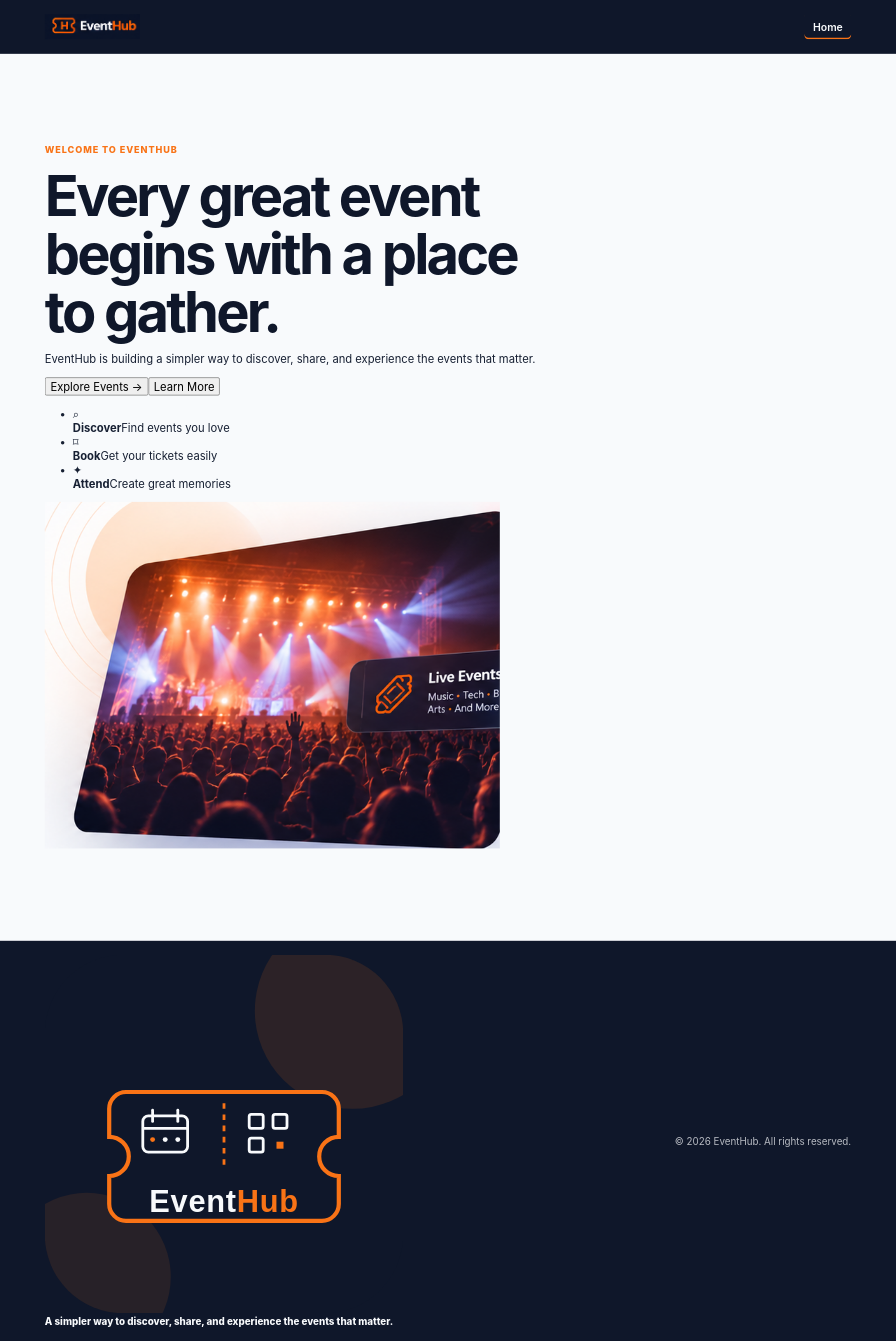
Repository: gemmy404/eventhub-ui
Page: /
These files come from the project's save history. The page is drawn as it stood at one moment and after the next save; the edit follows.
The browser window is 1280 px wide. The pictures show the whole page, at 70% of full size.
The project was rebuilt for these pictures with package versions that can differ from the ones it lists, and the page was loaded fresh each time. Also part of the build but not shown: vite.config.ts, src/pages/NotFoundPage.tsx.

Above is the page before, as saved 2026-08-11 23:32:35.

After the next save:
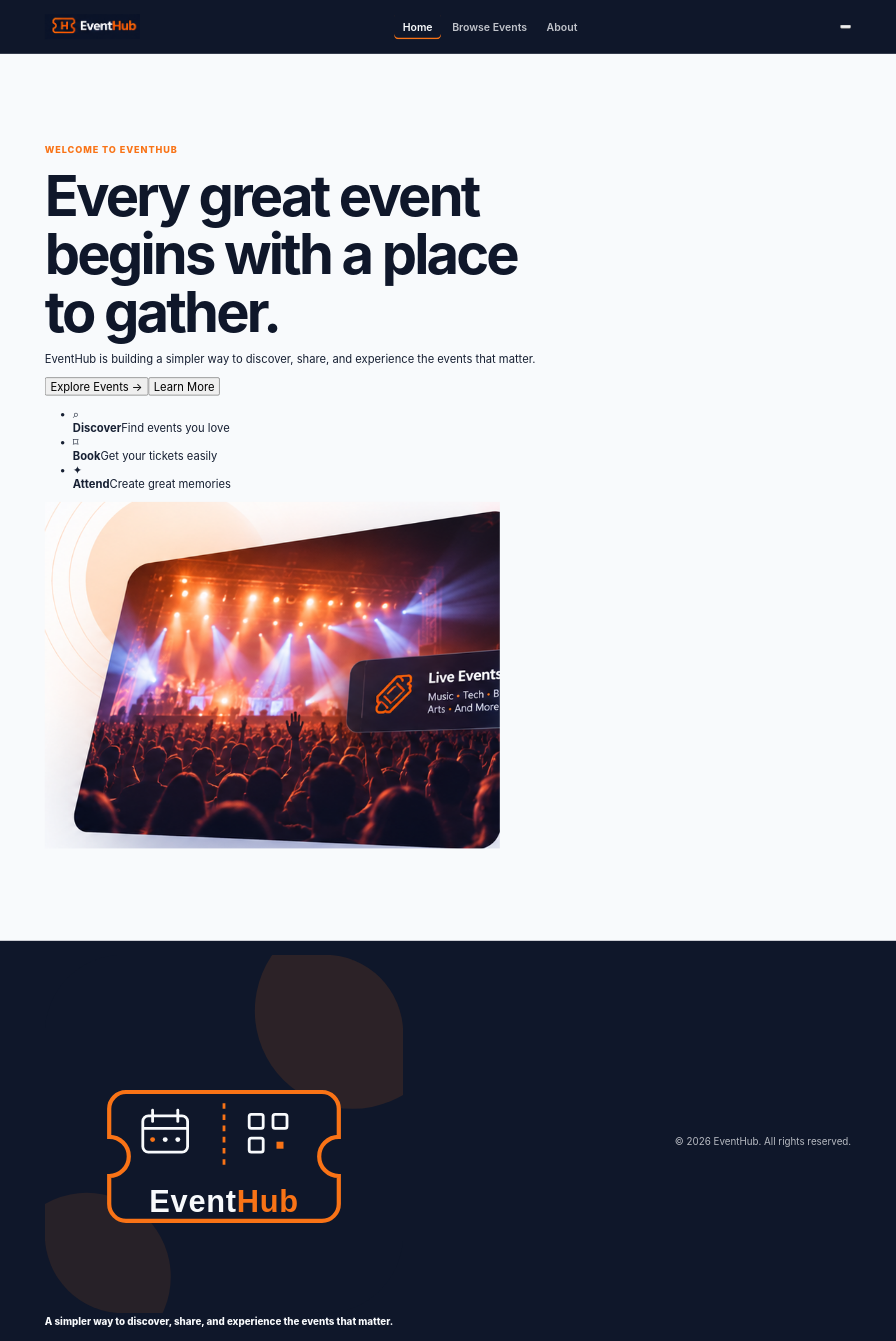
Saved 2 min 39 s later.
--- a/src/components/common/Navbar.tsx
+++ b/src/components/common/Navbar.tsx
@@ -1,8 +1,11 @@
-import { Link, NavLink } from 'react-router-dom'
+import { useState } from 'react'
+import { Link } from 'react-router-dom'
 
 import eventHubLogo from '../../assets/eventhub-logo.png'
 
 export function Navbar() {
+  const [isMenuOpen, setIsMenuOpen] = useState(false)
+
   return (
     <header className="site-header">
       <div className="site-header__inner container">
@@ -10,15 +13,34 @@ export function Navbar() {
           <img className="brand__logo" src={eventHubLogo} alt="EventHub" />
         </Link>
 
-        <nav className="primary-navigation" aria-label="Primary navigation">
-          <NavLink
-            className={({ isActive }) => `primary-navigation__link${isActive ? ' is-active' : ''}`}
-            to="/"
-            end
-          >
+        <nav
+          id="primary-navigation"
+          className={`primary-navigation${isMenuOpen ? ' is-open' : ''}`}
+          aria-label="Primary navigation"
+        >
+          <a className="primary-navigation__link is-active" href="#hero" onClick={() => setIsMenuOpen(false)}>
             Home
-          </NavLink>
+          </a>
+          <a className="primary-navigation__link" href="#hero" onClick={() => setIsMenuOpen(false)}>
+            Browse Events
+          </a>
+          <a className="primary-navigation__link" href="#hero" onClick={() => setIsMenuOpen(false)}>
+            About
+          </a>
         </nav>
+
+        <button
+          className="menu-toggle"
+          type="button"
+          aria-label="Toggle navigation menu"
+          aria-expanded={isMenuOpen}
+          aria-controls="primary-navigation"
+          onClick={() => setIsMenuOpen((isOpen) => !isOpen)}
+        >
+          <span />
+          <span />
+          <span />
+        </button>
       </div>
     </header>
   )
